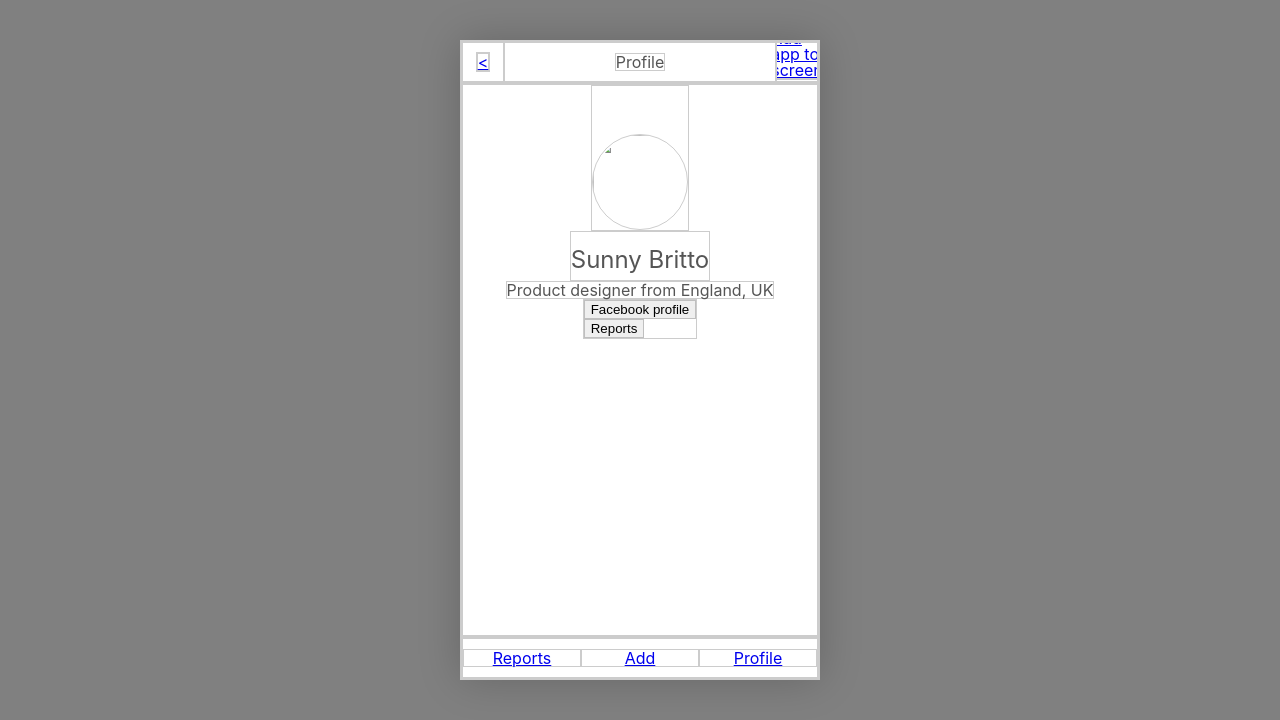
Repository: aleksandrenko/html-css-playground
Page: profile.html
The author's editor kept a copy of each file at every save. The page is drawn from the files as they stood at one save, then again after a run of saves.
The browser window is 1280 px wide. The pictures show the whole page.

Above is the page before, as saved 2018-01-19 15:14:03.

After the next 2 saves:
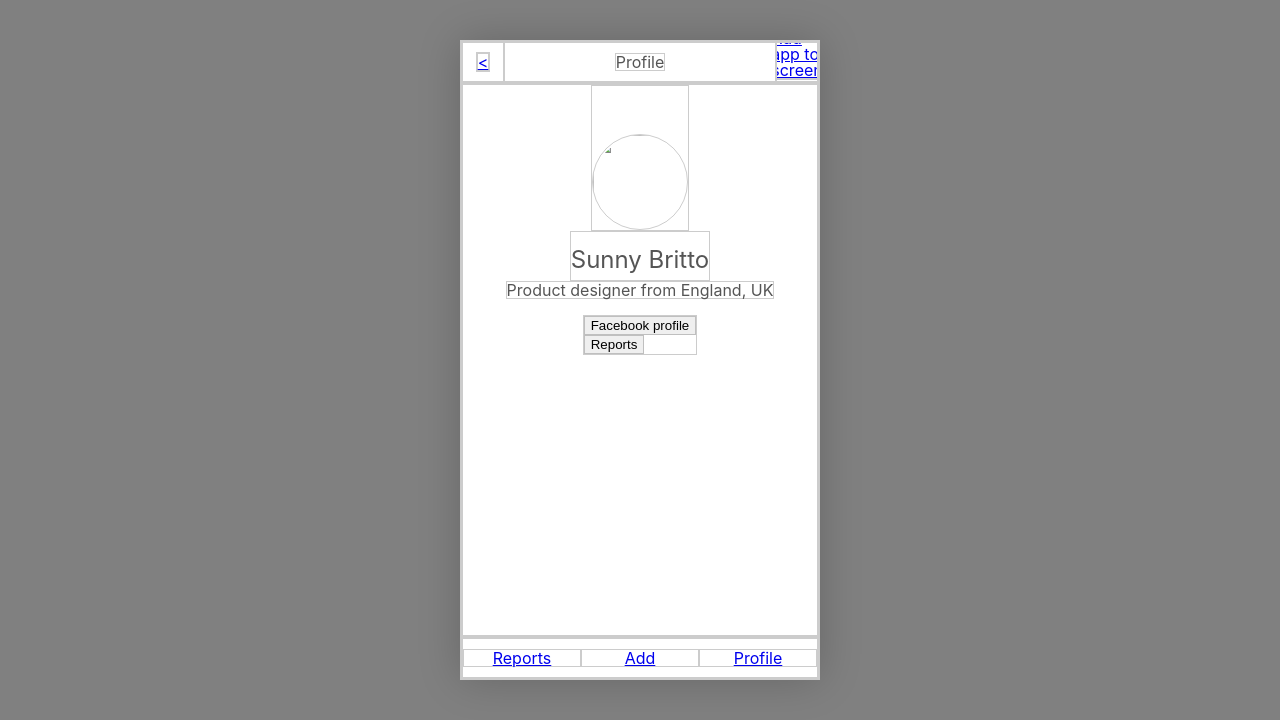
The 2 saves are shown as one change because they came seconds apart.
The last was saved 4 s later.
--- a/profile.html
+++ b/profile.html
@@ -33,10 +33,10 @@
         <name>Sunny Britto</name>
         <information>Product designer from England, UK</information>
 
-        <action>
+        <actions>
           <button>Facebook profile</button>
           <button>Reports</button>
-        </action>
+        </actions>
       </profile>
   </main>
   <footer>
